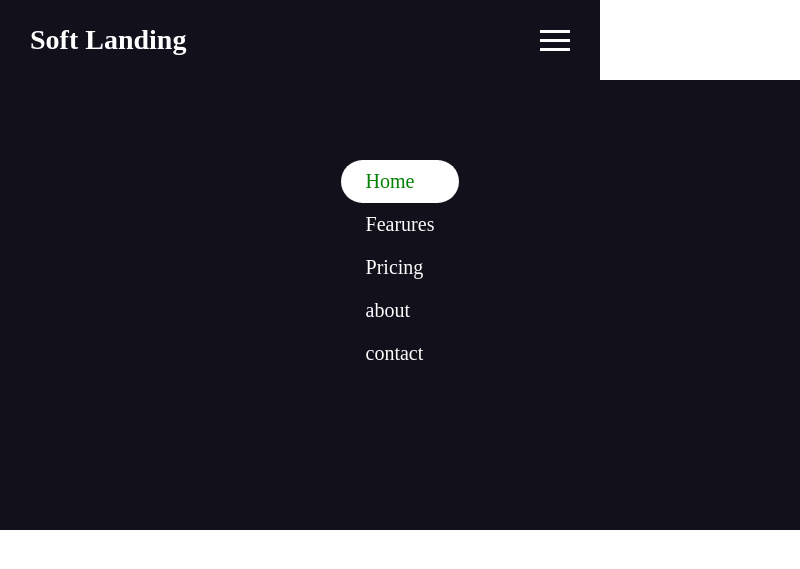
Repository: AMIT1439027/Gobbart-task
Page: index.html
The author's editor kept a copy of each file at every save. The page is drawn from the files as they stood at one save, then again after a run of saves.
The browser window is 600 px wide. The page is 800 px wide, so the pictures cover 800 px, including what lies to the right of the window. The pictures show the whole page.

Above is the page before, as saved 2024-04-20 14:32:19.

After the next 2 saves:
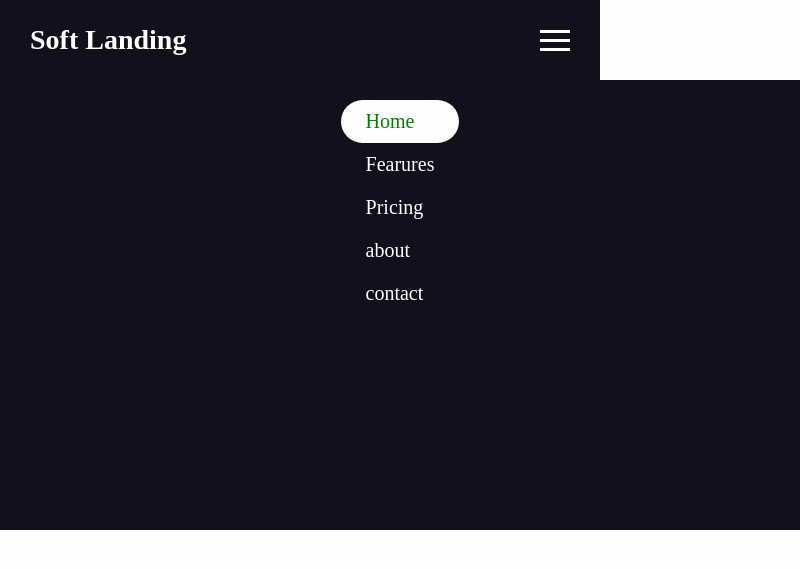
The 2 saves are shown as one change because they came seconds apart.
The last was saved 31 s later.
--- a/style.css
+++ b/style.css
@@ -98,6 +98,6 @@
    .nav-bar ul{
     display: block;
     width: fit-content;
-    margin: 80px auto 0 auto;
+    margin: 20px auto 0 auto;
    }
 }

After the save that followed:
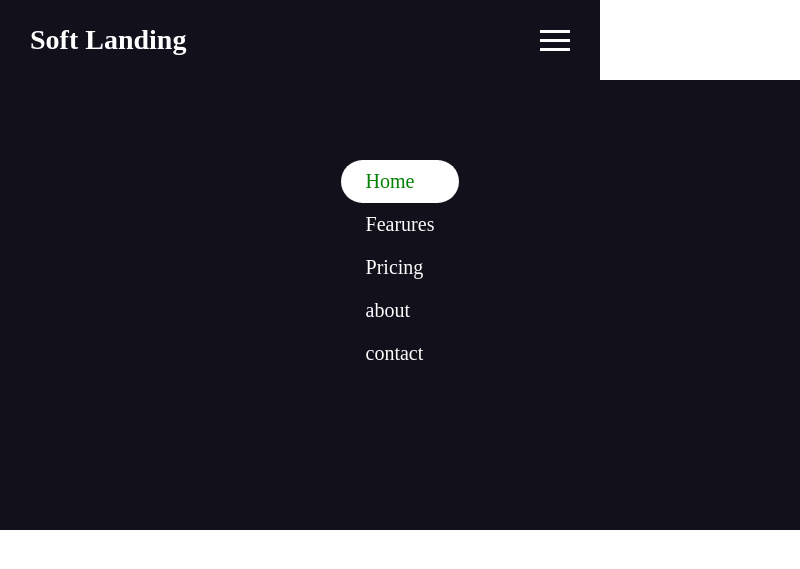
Saved 17 s later.
--- a/style.css
+++ b/style.css
@@ -98,6 +98,6 @@
    .nav-bar ul{
     display: block;
     width: fit-content;
-    margin: 20px auto 0 auto;
+    margin: 80px auto 0 auto;
    }
 }
